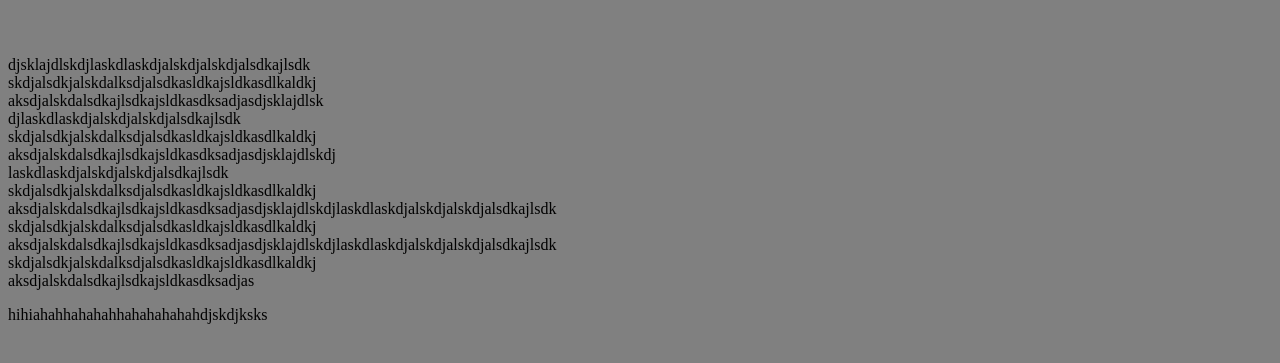
Repository: hanj291/hanj291.github.io
Page: page2.html
The author's editor kept a record of every edit. The page is drawn from the files as they stood at one moment, then again after the next edit.
The browser window is 1280 px wide. The pictures show the whole page.

Above is the page before.

After the next edit:
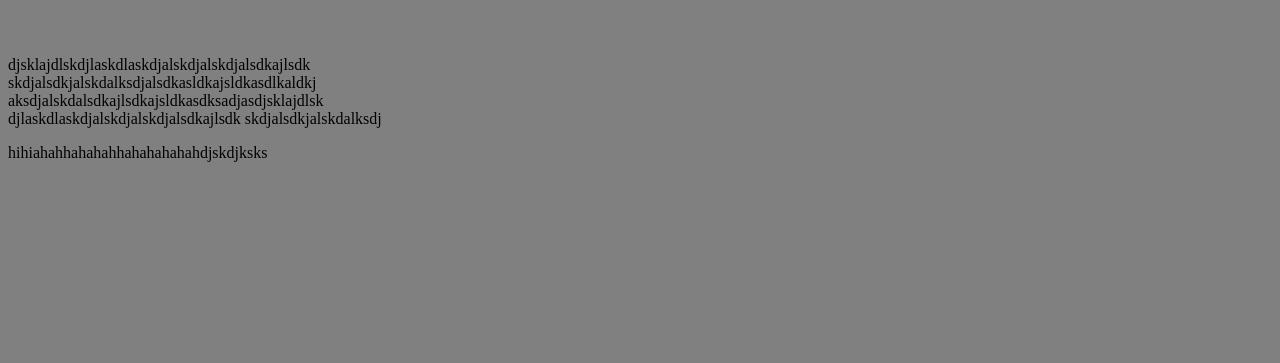
The edit:
--- a/page2.html
+++ b/page2.html
@@ -12,15 +12,7 @@
 			skdjalsdkjalskdalksdjalsdkasldkajsldkasdlkaldkj
 			aksdjalskdalsdkajlsdkajsldkasdksadjasdjsklajdlsk
 			djlaskdlaskdjalskdjalskdjalsdkajlsdk
-			skdjalsdkjalskdalksdjalsdkasldkajsldkasdlkaldkj
-			aksdjalskdalsdkajlsdkajsldkasdksadjasdjsklajdlskdj
-			laskdlaskdjalskdjalskdjalsdkajlsdk
-			skdjalsdkjalskdalksdjalsdkasldkajsldkasdlkaldkj
-			aksdjalskdalsdkajlsdkajsldkasdksadjasdjsklajdlskdjlaskdlaskdjalskdjalskdjalsdkajlsdk
-			skdjalsdkjalskdalksdjalsdkasldkajsldkasdlkaldkj
-			aksdjalskdalsdkajlsdkajsldkasdksadjasdjsklajdlskdjlaskdlaskdjalskdjalskdjalsdkajlsdk
-			skdjalsdkjalskdalksdjalsdkasldkajsldkasdlkaldkj
-			aksdjalskdalsdkajlsdkajsldkasdksadjas </p>
+			skdjalsdkjalskdalksdj </p>
 		<div class="clear"></div>
 		hihiahahhahahahhahahahahahdjskdjksks
 	</div>
